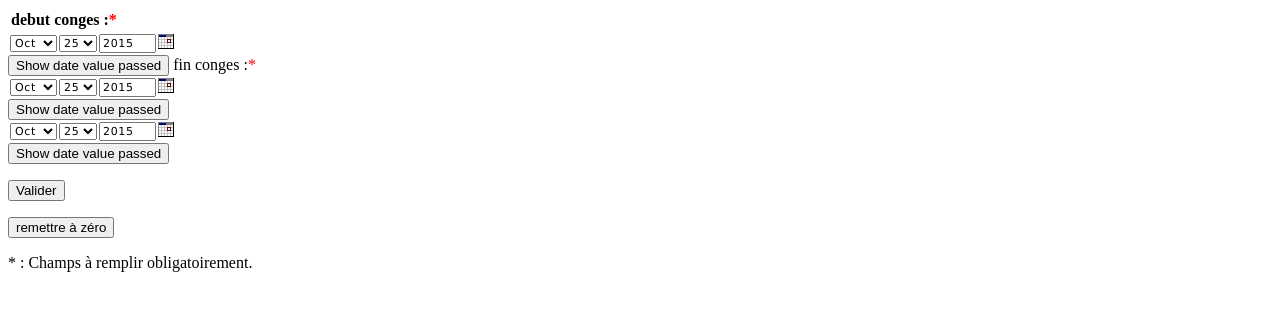
Repository: Iankills/TB-IR331
Page: http://localhost/gestConges_WebGUI/nouveau_conges.jsp
An editor plug-in stored every save of this project. The page is shown before and after the next save, followed by the edit.
The browser window is 1280 px wide. The pictures show the whole page.
The page is served by Tomcat 9. Other server files are loaded and not shown.

Above is the page before, as saved 2015-10-29 09:38:21.

### workspace-gestconges/gestConges_WebGUI/WebContent/nouveau_conges.jsp
<%@ page language="java" contentType="text/html; charset=ISO-8859-1"
	pageEncoding="ISO-8859-1"%>
<!DOCTYPE html PUBLIC "-//W3C//DTD HTML 4.01 Transitional//EN" "http://www.w3.org/TR/html4/loose.dtd">
<html>
<head>
<meta http-equiv="Content-Type" content="text/html; charset=ISO-8859-1">
<title>Création Conges</title>
<!-- test du script -->
<script type="text/javascript" src="calendarDateInput.js">

/***********************************************
* Jason's Date Input Calendar- By Jason Moon http://calendar.moonscript.com/dateinput.cfm
* Script featured on and available at http://www.dynamicdrive.com
* Keep this notice intact for use.
***********************************************/
</script>
<!-- Fin test du script -->

</head>
<body>

	<form method="get" action="template.jsp">

		<input type="hidden" name="action" value="traitement_conges" />
		<table id="affichage">
			<tr>
				<th>debut conges :<font color="red">*</font></th>
				<!-- <td><input type="text" name='debutconges' placeholder="format jj/mm/aaaa" /></td> -->
				<script>DateInput('orderdate', true, 'DD/MM/YYYY')</script>
				<input type="button" name='debutconges' onClick="alert(this.form.orderdate.value)" value="Show date value passed">
			</tr>

			<tr>
				<th>fin conges :<font color="red">*</font></th>
			    <!-- <td><input type="text" name='finconges' placeholder="format jj/mm/aaaa" /></td> -->
			    <script>DateInput('orderdate', true, 'DD/MM/YYYY')</script>
				<input type="button" name='finconges' onClick="alert(this.form.orderdate.value)" value="Show date value passed">
				</td>
			</tr>
		</table>


	<script>DateInput('orderdate', true, 'DD/MM/YYYY')</script>
	<input type="button" onClick="alert(this.form.orderdate.value)" value="Show date value passed">


		<p><input type="submit" value="Valider" /></p>
		<p><input type="reset" value="remettre à zéro" /></p>
		<p class="erreur">* : Champs à remplir obligatoirement.</p>
	</form>
</body>
</html>

Loaded but not shown: workspace-gestconges/gestConges_WebGUI/WebContent/calendarDateInput.js (591 lines, source omitted)

After the next save:
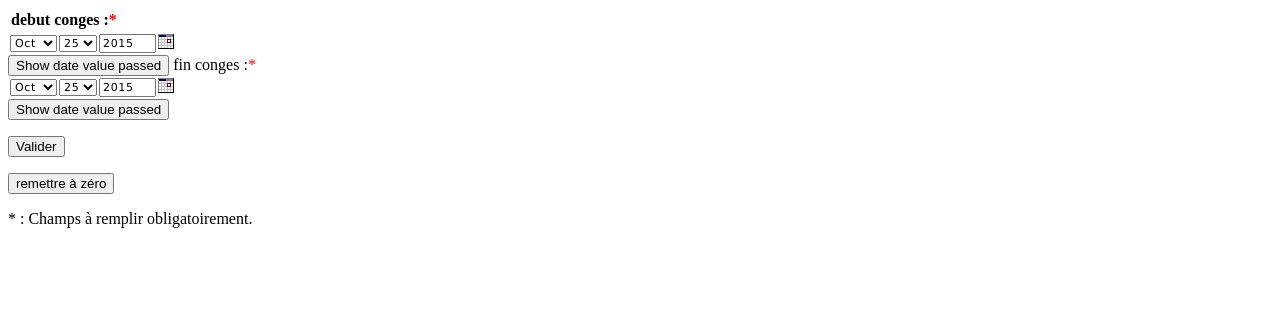
Saved 26 s later.
--- a/workspace-gestconges/gestConges_WebGUI/WebContent/nouveau_conges.jsp
+++ b/workspace-gestconges/gestConges_WebGUI/WebContent/nouveau_conges.jsp
@@ -38,12 +38,6 @@
 				</td>
 			</tr>
 		</table>
-
-
-	<script>DateInput('orderdate', true, 'DD/MM/YYYY')</script>
-	<input type="button" onClick="alert(this.form.orderdate.value)" value="Show date value passed">
-
-
 		<p><input type="submit" value="Valider" /></p>
 		<p><input type="reset" value="remettre à zéro" /></p>
 		<p class="erreur">* : Champs à remplir obligatoirement.</p>
